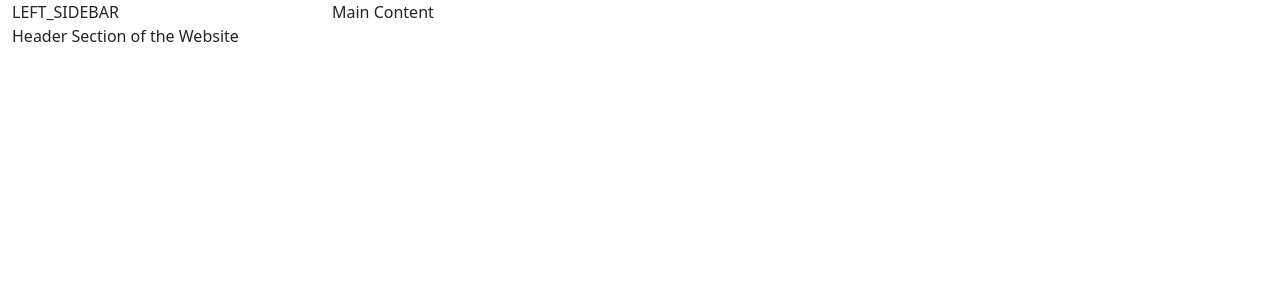
Repository: Dayvid0/BOOTSTRAP-TUTORIALS
Page: BOOTSTRAP-GRID-LAYOUTS/index.html
The author's editor kept a copy of each file at every save. The page is drawn from the files as they stood at one save, then again after the next save.
The browser window is 1280 px wide. The pictures show the whole page.

Above is the page before, as saved 2025-01-24 10:11:22.

After the next save:
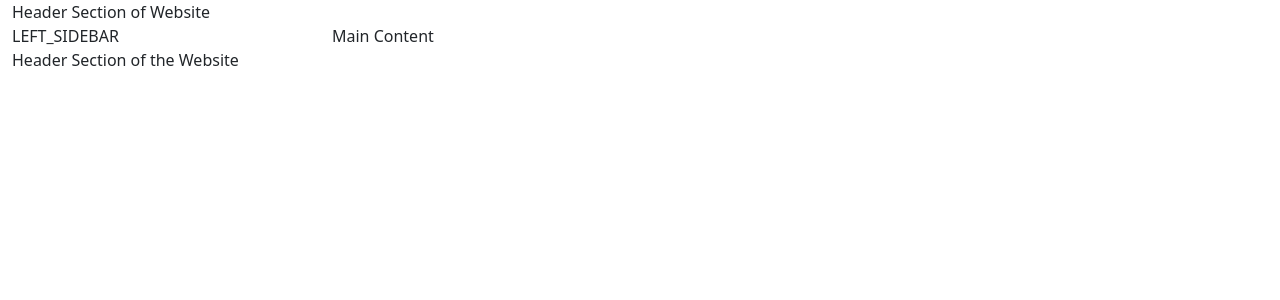
Saved 84 s later.
--- a/BOOTSTRAP-GRID-LAYOUTS/index.html
+++ b/BOOTSTRAP-GRID-LAYOUTS/index.html
@@ -11,6 +11,7 @@
   <body>
   <div class="container-fluid">
     <div class="header">
+      Header Section of Website
     </div>
     <div class="content">
       <div class="row">
